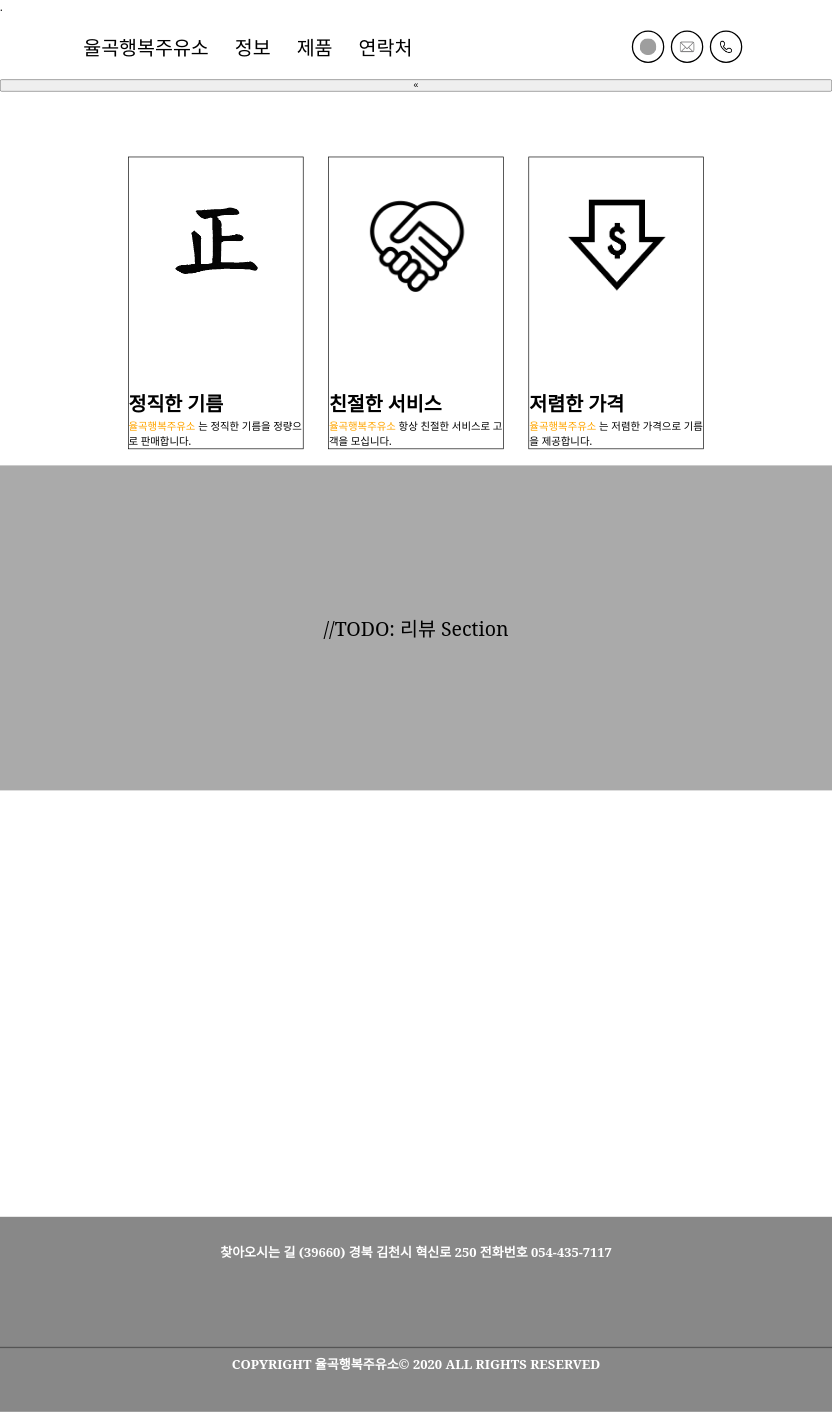
Repository: randomUser134923/pet-projects
Page: pet-projects/web1/index.html
The author's editor kept a record of every edit. The page is drawn from the files as they stood at one moment, then again after the next edit.
The browser window is 1280 px wide. The pictures show the whole page, at 65% of full size.
Pictures or frames that could not be fetched are drawn as grey boxes.

Above is the page before.

### pet-projects/web1/index.html
<!DOCTYPE html>
<html>
    <head>
        <meta charset="utf-8"/>
        <link rel="stylesheet" href="./css/style.css" type="text/css" />
        <link rel="stylesheet" href="./css/banner.css" type="text/css" />
          <link rel="stylesheet" href="https://cdnjs.cloudflare.com/ajax/libs/animate.css/4.1.1/animate.min.css" />
        <script type="text/javascript" src="./js/jquery-3.5.1.js"></script>
        <script src="https://cdnjs.cloudflare.com/ajax/libs/modernizr/2.8.3/modernizr.min.js"></script>.
        <script type="text/javascript" src="./js/banner.js"></script>


    </head>

    <body>
        <header>
            <div class="menu-wrapper">
                <ul class="menu-bar">
                    <li class="home_cont"><a href="#" class="home">율곡행복주유소</a></li>
                    <li class="about_cont"><a href="#" class="about">정보</a></li>
                    <li class="offer_cont"><a href="#" class="offer">제품</a></li>
                    <li class="contract_cont"><a href="#" class="contact">연락처</a></li>
                </ul>

                <ul class="icon-bar">
                    <li><img class="map-icon" src="./images/map.png" /></li>
                    <li><img class="mail-icon" src="./images/mail.png" /></li>
                    <li><img class="call-icon" src="./images/call.png" /></li>
                </ul>

            </div>

        </header>

        <div class="content-wrapper">
            <button onclick="prev()">&laquo;</button>
            <div class="scroller">
                <ul class="items">
                    <li class="item" style="background-image:url(./images/gas-station-1.jpg);"></li>
                    <li class="item" style="background-image:url(./images/img2.jpg);"></li>
                    <li class="item" style="background-image:url(./images/img3.jpg);"></li>
                </ul>
            </div>

            <div class="values">
                <div class="value1">
                    <div class ="value1-icon">
                        <img class= "value-icon-common" src="./images/honest.png"/>
                    </div>
                    <div class="value-text-container">
                        <div class="value-text-container-header">
                            정직한 기름
                        </div>
                        <div class="value-text-container-explain">
                            <p><span class="gas-station-name">율곡행복주유소</span> 는 정직한 기름을 정량으로 판매합니다.</p>
                        </div>
                    </div>
                </div>

                <div class="value2">
                    <div class ="value2-icon">
                        <img class= "value-icon-common" src="./images/kind.png"/>
                    </div>
                    <div class="value-text-container">
                        <div class="value-text-container-header">
                            친절한 서비스
                        </div>
                        <div class="value-text-container-explain">
                            <p><span class="gas-station-name">율곡행복주유소</span> 항상 친절한 서비스로 고객을 모십니다.</p>
                        </div>
                    </div>
                </div>

                <div class="value3">
                    <div class ="value3-icon">
                        <img class= "value-icon-common" src="./images/cheap.png"/>
                    </div>
                    <div class="value-text-container">
                        <div class="value-text-container-header">
                            저렴한 가격
                        </div>
                        <div class="value-text-container-explain">
                            <p><span class="gas-station-name">율곡행복주유소</span> 는 저렴한 가격으로 기름을 제공합니다.</p>
                        </div>
                    </div>
                </div>
            </div>

            <div class="reviews">
                <div class="review-text">
                    //TODO: 리뷰 Section
                </div>
            </div>

        </div>

        <footer>
            <div class="footer_explain">
                <p>
                    <span class="address">찾아오시는 길</span> (39660) 경북 김천시 혁신로 250
                    <span class="phone">전화번호</span> 054-435-7117 <br>
                </p>
            </div>

            <div class="copyright">
                COPYRIGHT <span>율곡행복주유소</span><span>&copy</span> 2020 ALL RIGHTS RESERVED
            </div>
        </footer>
    </body>
</html>

### pet-projects/web1/css/style.css
/* https://freefrontend.com/css-sliders/ */


* {
    padding: 0;
    margin:0;
    box-sizing: border-box;
}

@font-face { font-family: 'NanumBarunGothic';
src: url('/fonts/NanumBarunGothic.eot');
src: url('/fonts/NanumBarunGothic.eot') format('embedded-opentype'),
url('/fonts/NanumBarunGothic.woff') format('woff');}



header {
    display: flex;
    align-items: center;
    justify-content: center;
    height: 100px;
    width: 100%;
    background-color: #FFFFFF;
}

body {
    font-family: 'NanumGothic', 'serif';

}

ul {
    list-style-type: none;
    text-decoration: none;
}


a {
    text-decoration: none;
}

.menu-wrapper {
    display: flex;
    flex-direction: row;
    width: 80%;
    justify-content: space-between;
    align-items: center;
}

.menu-bar {
    display: flex;
    flex-direction: row;
    align-items: center;
}

.icon-bar {
    display: flex;
    flex-direction: row;
    align-items: center;
}

.map-icon , .call-icon , .mail-icon {
    display: flex;
    justify-content: center;
    align-items: center;
    width: 50px;
    height: 50px;
    padding: 10px;
    mix-blend-mode: multiply;
    border: 2px solid black;
    border-radius: 50px;
    margin-right: 10px;
}

.menu-bar li a {
    color: black;
}

.menu-bar li a:hover {
    color: blue;
}


.home , .about, .offer, .contact {
    display: flex;
    justify-content: center;
    align-items: center;
    font-size: 30px;
    margin-right: 40px;
}



.contact {
    margin-right: 0px;
}

.content-wrapper {
    position: relative;
    display: flex;
    flex-direction: column;
    height: 1750px;

}

/*                           Sliding banner                           */
.scroller {
    position: relative;
    display: flex;
    overflow:hidden;
    flex-wrap: nowrap;
    width: 100%;
    height: 750px;
}



/* ------------------------------------------------------------------- */

.values {
    display: flex;
    justify-content: center;
    align-items: center;
    height: 500px;
}


.value1 , .value2 , .value3 {
    position: relative;
    display:flex;
    justify-content: center;
    align-items: flex-end;
    border: 1px solid black;
    width: 270px;
    height: 90%;
    margin-right: 3%;
}

.value1-text-container {
    display:flex;;
    flex-direction: column;
    align-items: center;
    width: 80%;
    height: 50%;
    font-size: 18px;
    line-height: 1.3;
}


.value-text-container-header {
    display:flex;
    font-weight: bold;
    font-size: 30px;

}

.value1-text-container-explain {
    display:flex;
    margin-top: 20px;
}


.value3 {
    margin-right:0px;
}

.value1-icon , .value2-icon , .value3-icon {
    position: absolute;
    left: 50px;
    top: 50px;
    display: flex;
    justify-content: center;
    align-items: center;

    width: 170px;
    height: 170px;
}

.value-icon-common {
    width: 150px;
    height: 150px;
    mix-blend-mode: multiply;
}

.reviews {
    display: flex;
    justify-content: center;
    align-items: center;
    flex-direction: column;
    height: 500px;
    background-color: #AAAAAA;
}

.review-text {
    display: flex;
    justify-content: center;
    align-items: center;
    height: 75px;
    font-size: 30px;

}

.review-box-wrapper {
    display: flex;
    justify-content: center;
    align-items: center;
    flex-direction: row;
    width: 100%;
    height: 300px;

}

.review-box-1 {
    margin-right: 20px;
}

.review-box-1 , .review-box-2 {
    display: flex;
    justify-content: center;
    align-items: center;
    width: 40%;
    height: 100%;
}

blockquote{
  font-size: 1.4em;
  width:100%;
  height: 100%;
  margin:50px auto;
  font-style:italic;
  color: #555555;
  padding:1.2em 30px 1.2em 75px;
  border-left:8px solid #78C0A8 ;
  line-height:1.3;
  position: relative;
  background:#EDEDED;
}

blockquote::before{
  font-family:Arial;
  content: "\201C";
  color:#78C0A8;
  font-size:4em;
  position: absolute;
  left: 10px;
  top:-10px;
}

blockquote::after{
  content: '';
}

blockquote span{
  display:block;
  color:#333333;
  font-style: normal;
  font-weight: bold;
  margin-top:1em;
}


.scroller {
    display: flex;
    justify-content: center;
    align-items: center;
    height: 75px;
}
footer {
    height: 300px;
    font-size: 20px;
    text-align: center;
    color: white;
    background-color: #888888;
    font-weight: bold;
    line-height: 50px;
    vertical-align: middle;
}

.footer_explain {
    padding-top: 30px;
    height: 200px;
}

.copyright {
    height: 100px;
    border-top: 2px solid #555555;

}

.gas-station-name {
    color: orange;
    height: 16px;
}

### pet-projects/web1/css/banner.css

i {
    margin: 0;
	padding: 0;
	border: 0;
	font-size: 100%;
	font: inherit;
	vertical-align: baseline;
}


#slides{
  position: relative;
  width: 100%;
  padding: 0;
  margin: 0;
}

.slide{
  height:100%;
  position: relative;
  left: 0;
  top: 0;
  width: 100%;
  opacity: 0;
  transition: opacity 1s;
  background-size: cover;
}

.showing{
  opacity: 1;
  z-index: 2;
}

.slide1{
  background-image: url("../images/img1.jpg")
}

.slide2{
  background-image: url(("../images/img2.jpg)
}

.slide3{
  background-image: url(("../images/img3.jpg")
}



.arrow{
  color: #fff;
  z-index: 3;
  position: absolute;
  top: 80%;
  transition: color 1s;
    font-size: 30px;
}

.arrow:hover{
  cursor: pointer;
  color: #444;

}

.arrow-next{
  left: 20%;
}

.arrow-prev{
  right: 20%;
}



@media(min-width: 750px){

    .arrow-next{
      left: 40%;
    }

    .arrow-prev{
      right: 40%;
    }

}

Loaded but not shown: pet-projects/web1/js/jquery-3.5.1.js (library); pet-projects/web1/js/banner.js (no stored copy; drawn as an empty file)

After the next edit:
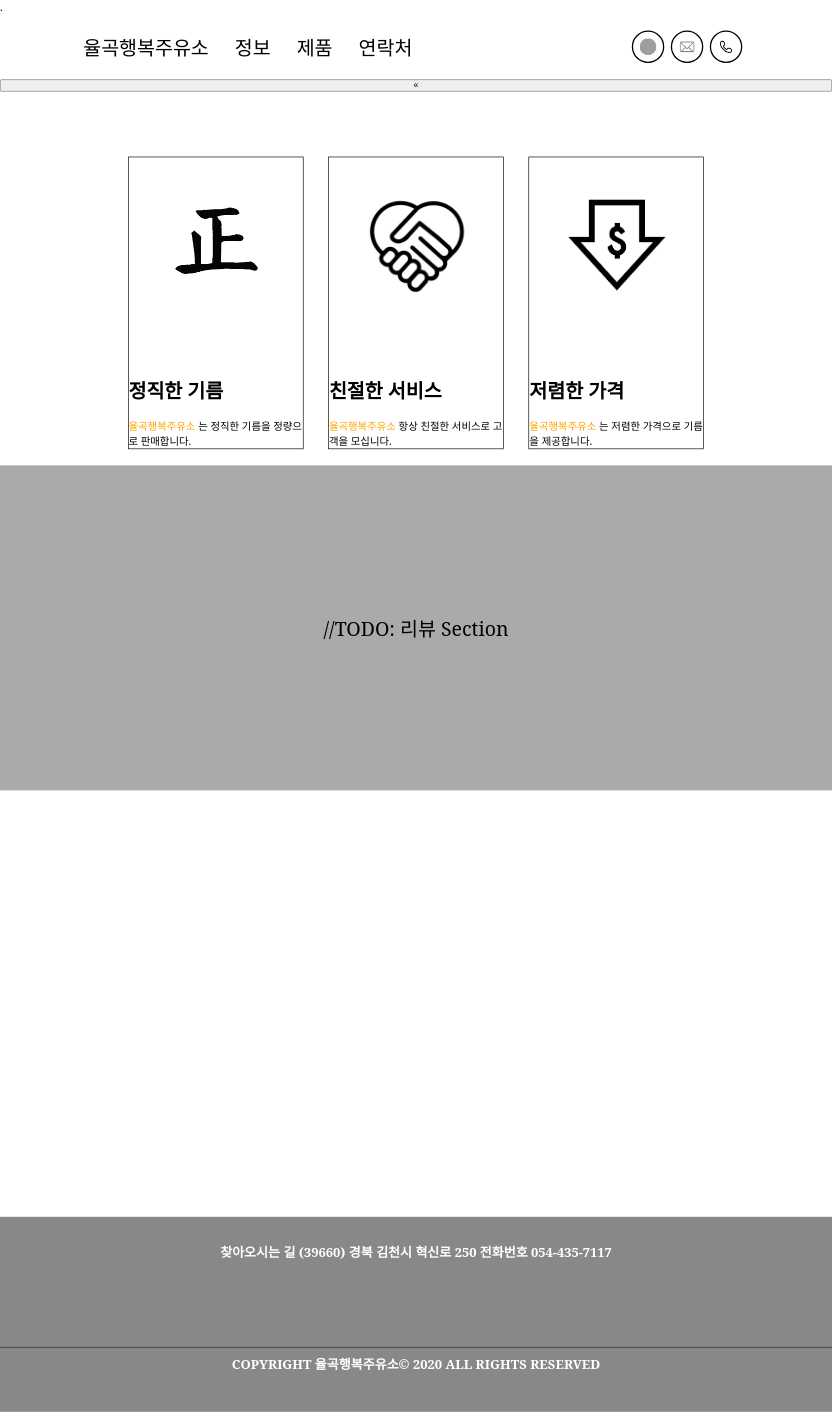
The edit:
--- a/pet-projects/web1/css/style.css
+++ b/pet-projects/web1/css/style.css
@@ -153,7 +153,7 @@
 
 }
 
-.value1-text-container-explain {
+.value-text-container-explain {
     display:flex;
     margin-top: 20px;
 }
